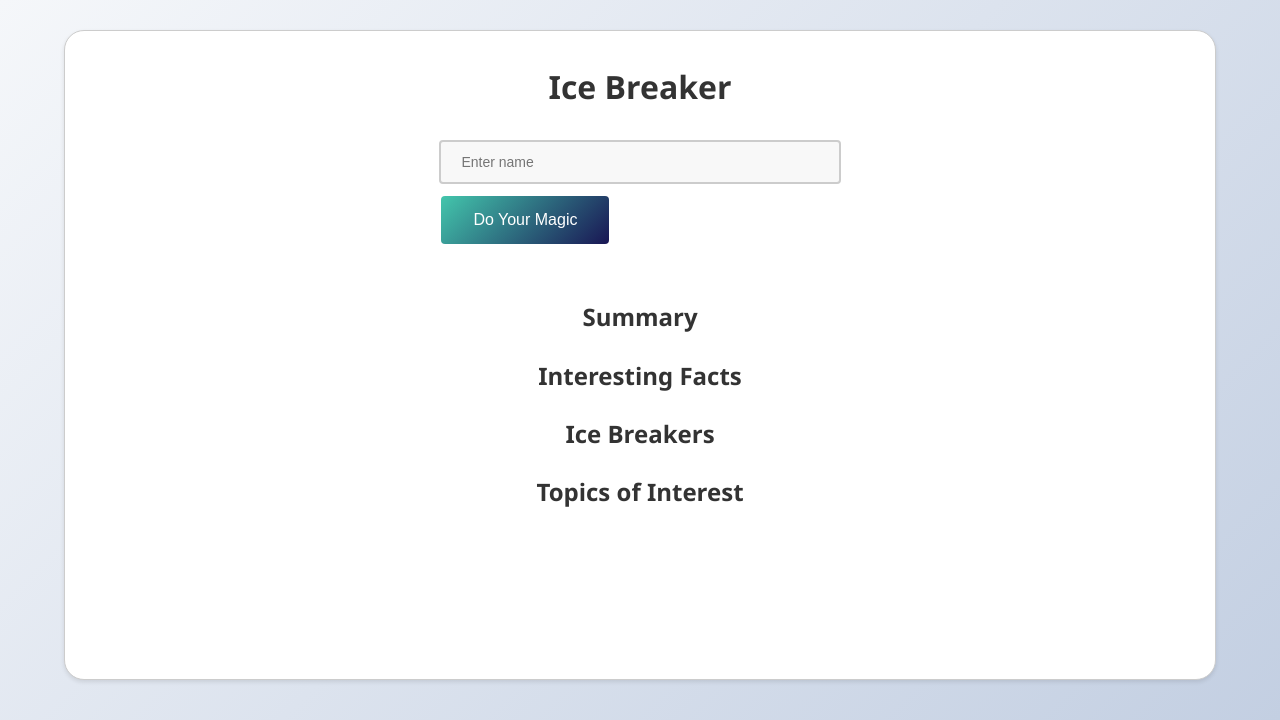
Repository: kunal02kb/Minor-Project-LangCahin
Page: http://localhost/
An editor plug-in stored every save of this project. The page is shown before and after the next save, followed by the edit.
The browser window is 1280 px wide. The pictures show the whole page.
Some web libraries are served in a nearby version. The page is served by the project's application, run on Flask 3 (app.py).

Above is the page before, as saved 2023-09-27 08:29:35.

After the next save:
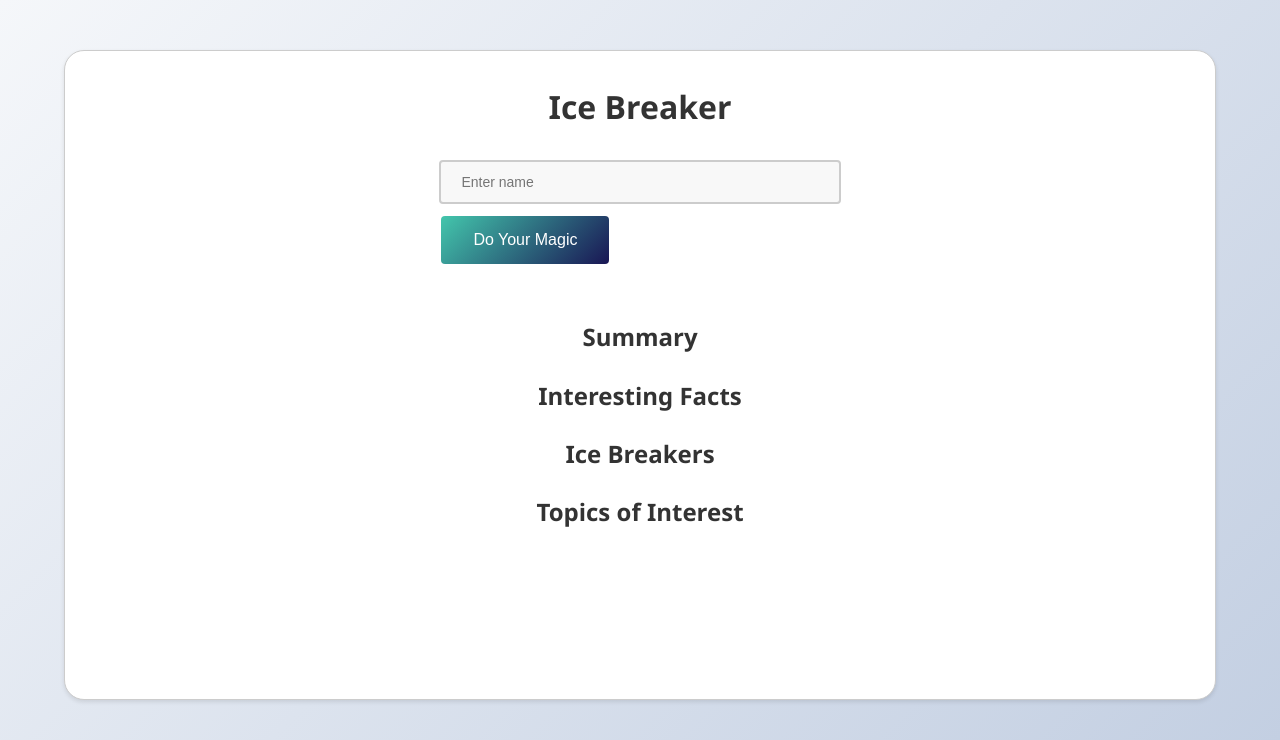
Saved 7 s later.
--- a/static/css/style.css
+++ b/static/css/style.css
@@ -17,7 +17,7 @@
 .container {
     width: 90%;
     min-height: 650px;
-    margin: 30px auto;
+    margin: 50px auto;
     padding: 30px;
     background-color: #ffffff;
     box-shadow: 0 2px 4px rgba(0, 0, 0, 0.1);

After the save that followed:
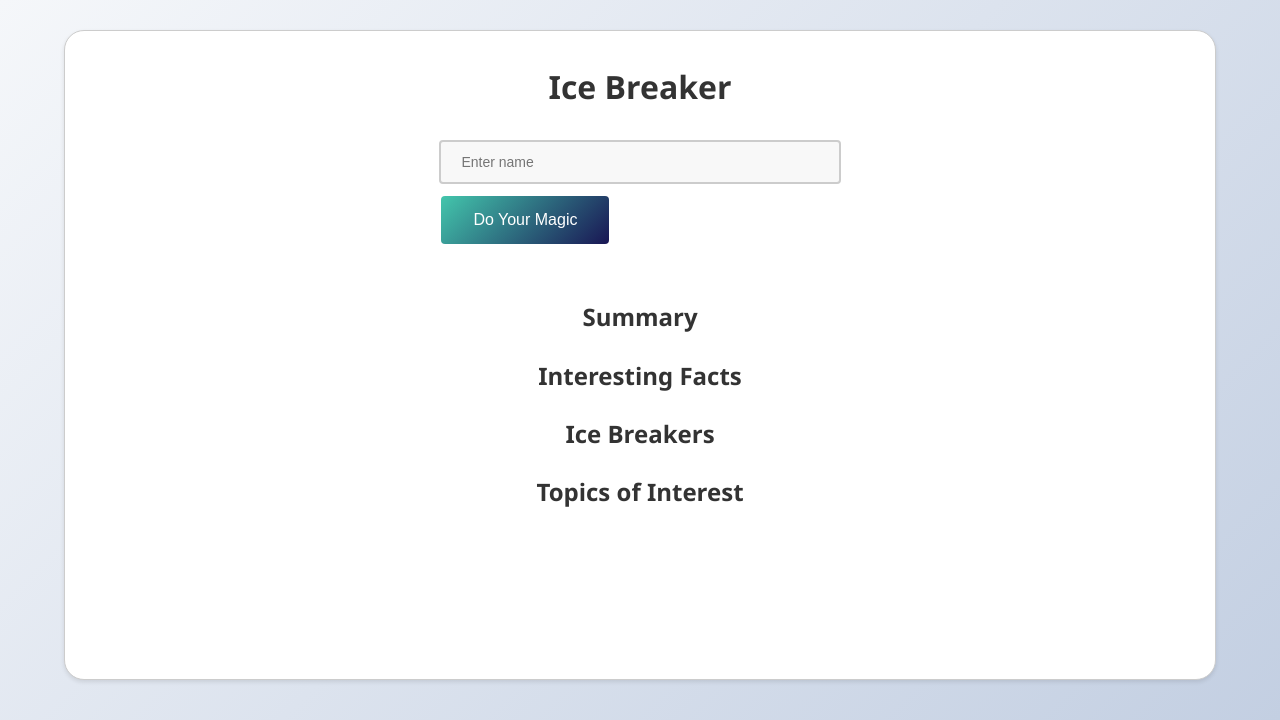
Saved 26 s later.
--- a/static/css/style.css
+++ b/static/css/style.css
@@ -17,7 +17,7 @@
 .container {
     width: 90%;
     min-height: 650px;
-    margin: 50px auto;
+    margin: 30px auto;
     padding: 30px;
     background-color: #ffffff;
     box-shadow: 0 2px 4px rgba(0, 0, 0, 0.1);
